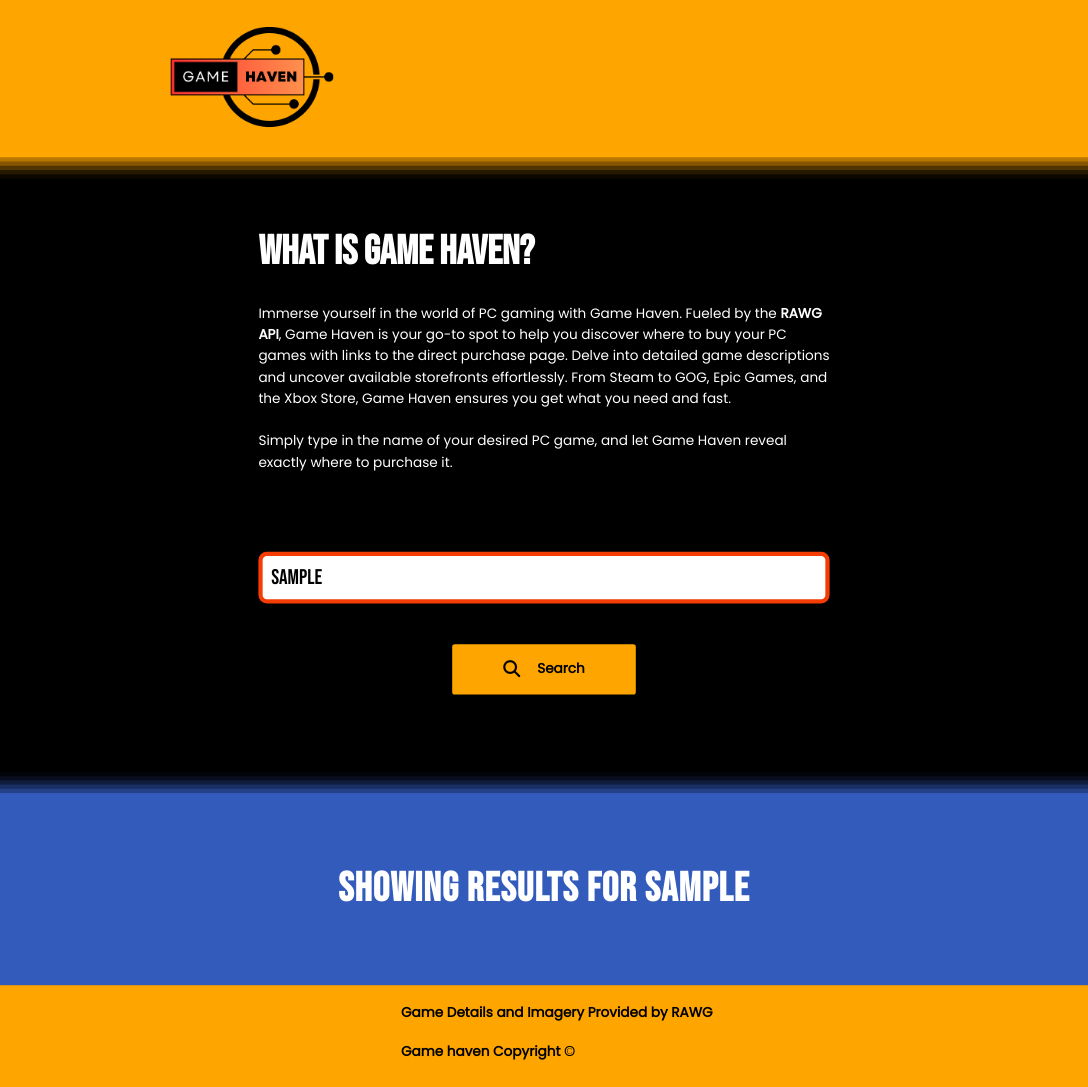
Repository: Steakfries101/Game-Haven
Page: index.html
The author's editor kept a copy of each file at every save. The page is drawn from the files as they stood at one save, then again after the next save.
The browser window is 1280 px wide. The pictures show the whole page, at 85% of full size.
Empty fields were first filled with sample values (such as "Sample", 5 or name@example.com).
After loading, the first visible `#search-submit` was clicked once.
The page's requests for data from a server got no answer. Some web libraries are served in a nearby version.

Above is the page before, as saved 2024-03-01 16:33:10.
Console error: TypeError: Cannot read properties of undefined (reading 'forEach')

### index.html
<!DOCTYPE html>
<html lang="en">

<head>
    <link rel="preconnect" href="https://fonts.googleapis.com">
    <link rel="preconnect" href="https://fonts.gstatic.com" crossorigin>
    <link href="https://fonts.googleapis.com/css2?family=Bebas+Neue&display=swap" rel="stylesheet">
    <link rel="preconnect" href="https://fonts.googleapis.com">
    <link rel="preconnect" href="https://fonts.gstatic.com" crossorigin>
    <link href="https://fonts.googleapis.com/css2?family=Poppins&display=swap" rel="stylesheet">
    <script src="https://kit.fontawesome.com/a00487040a.js" crossorigin="anonymous"></script>
    <meta charset="UTF-8">
    <meta name="viewport" content="width=device-width, initial-scale=1.0">
    <link rel="stylesheet" href="styles.css">

    <title>Game Haven</title>
    <link id="favicon" rel="icon" href="assets/Asset-2.ico" type="image/png" sizes="32*32">
</head>

<body>
    <div class="wrapper">
        <div id="top-bar">
            <img src="/assets/game-haven-logo.png" id="logo" alt="Gamehaven Logo">
        </div>
        <div class=site-body>
            <div class=intro>
                <h1>What is Game Haven?</h1>
                <p>Immerse yourself in the world of PC gaming with Game Haven. Fueled by the <strong>RAWG API</strong>,
                    Game Haven is your go-to spot to help you discover where to buy your PC games with links to the
                    direct purchase page.
                    Delve into detailed game descriptions and uncover available storefronts effortlessly. From Steam to
                    GOG, Epic Games, and the Xbox Store, Game Haven ensures you get what you need and fast. <br>
                    <br>Simply type in the name of your desired PC game, and let Game Haven reveal
                    exactly where to purchase it.
                </p>
            </div>
            <h2>Search</h2>
            <form class="search-container" id="noRefreshForm">
                <div class="form-container">
                    <div class="input-container">
                        <input type="search" class="search-bar" id="search-bar"
                            placeholder="Search for a game by title...">
                        <label for="search-bar">Example Label:</label>
                    </div>
                    <div class="button-container">
                        <button type="submit" class="search-button" id="search-submit">
                            <i class="fa-solid fa-magnifying-glass fa-lg" id="search-icon"></i>Search
                        </button>
                    </div>
                </div>
            </form>
        </div>
        <p class="to-top">HELLO</p>

        <ul class="game-list">

        </ul>
    </div>
    <footer id="footer">
        <div id="copyright">
            <h3>Game Details and Imagery Provided by RAWG</h3>
            <h3>Game haven Copyright ©</h3>
        </div>
    </footer>
</body>
<script type="module" src="script.js"></script>

</html>

### script.js
import * as iconGenerator from "/components/storeIconGenerator.js";
import { textDecider } from "/components/gameTextButtonCreator.js";

//YOUTUBE API
const youtubeKey = "AIzaSyCsEU3Fe6wNACeFTvZQgKA46QnreQL12NI";

//RAWG API
const baseUrl = "https://api.rawg.io/api/games";
const apiKey = "?key=eb297cab936749b380d022a9e1f0c9f1";

let searchButt = document.querySelector(".search-button");
searchButt.addEventListener("click", search);
let gameList = document.querySelector(".game-list");

//Stops the form from submitting (refreshing ) each time a search is made
document.getElementById("noRefreshForm").addEventListener("submit", (e) => {
  e.preventDefault();
});

async function fetchYoutubeTrailer(gameName) {
  try {
    const response = await fetch(
      `https://www.googleapis.com/youtube/v3/search?part=snippet&order=relevance&maxResults=1&q=${gameName} trailer&key=AIzaSyCsEU3Fe6wNACeFTvZQgKA46QnreQL12NI`
    );
    if (!response.ok) {
      throw new Error("Failed to fetch youtube data");
    }
    const youtubeData = await response.json();
    const videos = youtubeData.items;
    // console.log(youtubeData);
    return videos;
  } catch (error) {
    console.error("Error fetching youtube data");
  }
}
async function fetchYoutubePlaylist(gameName) {
  try {
    const response = await fetch(
      // https://www.googleapis.com/youtube/v3/search?q=your_search_query&part=snippet&maxResults=10&type=playlist&key=YOUR_API_KEY

      `https://www.googleapis.com/youtube/v3/search?part=snippet&maxResults=1&q=${gameName} OST &type=playlist&key=AIzaSyCsEU3Fe6wNACeFTvZQgKA46QnreQL12NI`
    );
    if (!response.ok) {
      throw new Error("Failed to fetch youtube playlist data");
    }
    const youtubeData = await response.json();
    const videos = youtubeData.items;
    // console.log(youtubeData);
    return videos;
  } catch (error) {
    console.error("Error fetching youtube playlist data");
  }
}

//Get the game data
async function fetchGameData(gameName) {
  try {
    const response = await fetch(`${baseUrl}${apiKey}&search=${gameName}&search_exact=true&ordering=name?parent_platforms=1`);
    if (!response.ok) {
      throw new Error("Failed to fetch game data");
    }

    const data = await response.json();
    const games = data.results;
    return games;
  } catch (error) {
    console.error("Error fetching game data", error);
  }
}
//Get the game descriptions
async function getGameDescription(gameId) {
  try {
    const response = await fetch(`${baseUrl}/${gameId}${apiKey}`);
    if (!response.ok) {
      throw new Error("Failed to fetch game desc data");
    }
    const data = await response.json();
    return data.description;
  } catch (error) {
    console.error("Error fetching game descriptions ERROR: ", error);
  }
}

//Get stores for each game based on game id
async function getGameStores(gameId) {
  try {
    const response = await fetch(`${baseUrl}/${gameId}/stores${apiKey}`);

    if (!response.ok) {
      throw new Error("Failed to fetch game stores data");
    }
    const data = await response.json();
    return data.results;
  } catch (error) {
    console.error("Error fetching game stores data ERROR: ", error);
  }
}

//Beginning of loop that loops through returned data games and builds javascript
async function loopData(gameName) {
  const gameData = await fetchGameData(gameName);
  const gameList = document.querySelector(".game-list");
  const error = document.createElement("h2");

  error.className = "search-display";
  error.textContent = searchDisplay(gameData);
  gameList.appendChild(error);
  //Check if data returned from search query

  //If data is there this checks each games storefronts to confirm it has one of the following as a store (5,1,2,11)
  gameData.forEach(async (game) => {
    // console.log(game);

    if (game.stores !== null) {
      const includesStore = game.stores.some(
        (store) => store.store.id === 5 || store.store.id === 1 || store.store.id === 2 || store.store.id === 11
      );
      if (!includesStore) {
        return;
      }
      console.log(game.name);
      const text = await getGameDescription(game.id);

      const gameItem = document.createElement("li");
      gameItem.className = "game-item";
      gameList.appendChild(gameItem);

      const gameInfo = document.createElement("article");
      gameInfo.className = "game-data";
      gameItem.appendChild(gameInfo);

      const gameCover = document.createElement("img");
      gameCover.src = game.background_image;
      gameCover.alt = `Game image of ${game.name}`;
      gameCover.className = "game-cover";
      gameInfo.appendChild(gameCover);

      const gameDesc = document.createElement("div");
      gameDesc.className = "game-desc";
      gameInfo.appendChild(gameDesc);

      const storeFronts = document.createElement("div");
      storeFronts.className = "store-fronts";

      const gameTitle = document.createElement("h2");
      gameTitle.textContent = game.name;
      gameDesc.appendChild(gameTitle);

      const clickables = document.createElement("div");
      clickables.className = "clickables-container";

      gameDesc.appendChild(clickables);
      const linkContainer = document.createElement("div");
      linkContainer.className = "link-container";
      gameDesc.appendChild(linkContainer);

      const trailerLink = document.createElement("p");
      trailerLink.className = "trailer-ost-links";
      trailerLink.textContent = "Trailer";
      trailerLink.addEventListener("click", () => {
        getTrailer();
      });
      linkContainer.appendChild(trailerLink);

      const soundtrackLink = document.createElement("p");
      soundtrackLink.textContent = "Soundtrack";
      soundtrackLink.className = "trailer-ost-links";
      linkContainer.appendChild(soundtrackLink);
      soundtrackLink.addEventListener("click", () => {
        getPlaylist();
      });

      clickables.appendChild(linkContainer);

      textDecider(text, gameDesc, storeFronts, clickables);

      async function getTrailer() {
        let gameRename = "";
        if (!game.name.includes("1")) {
          gameRename = game.name + " 1";
        } else {
          gameRename = game.name;
        }
        const trailerData = await fetchYoutubeTrailer(gameRename);

        const videoId = trailerData[0].id.videoId;
        window.open(`https://www.youtube.com/watch?v=${videoId}`);
      }

      async function getPlaylist() {
        // const playlistData = await fetchYoutubePlaylist(game.name);
        // // console.log(game.name);
        // const playList = playlistData[0].id.playlistId;

        // if (!playList) {
        //   alert("No soundtrack found");
        // } else {
        //   window.open(`//www.youtube.com/playlist?list=${playlistData[0].id.playlistId}`);
        console.log(
          `https://www.googleapis.com/youtube/v3/search?part=snippet&maxResults=1&q=${game.name} OST &type=playlist&key=AIzaSyCsEU3Fe6wNACeFTvZQgKA46QnreQL12NI`
        );
      }
      adjustPadding(gameList);
      //-----------------STOREFRONT LOGO CODE-----------------//

      const stores = await getGameStores(game.id);
      stores.forEach((store) => {
        switch (store.store_id) {
          case 1:
            iconGenerator.createSteam(store, storeFronts);
            break;
          case 5:
            iconGenerator.createGOG(store, storeFronts);
            break;
          case 11:
            iconGenerator.createEpicGames(store, storeFronts);
            break;
          case 2:
            iconGenerator.createXboxStore(store, storeFronts);
            break;
        }
      });
    }
  });
}

function getSearchValue() {
  const value = document.querySelector(".search-bar").value;
  return value;
}

function search() {
  gameList.innerHTML = "";
  if (!getSearchValue()) {
    alert("Please Enter A Game Name!");
    return;
  } else {
    loopData(getSearchValue());

  }
}

function searchDisplay(data) {
  if (data == "") {
    return `No game by the name of ${getSearchValue()}`;
  } else {
    return `Showing results for ${getSearchValue()}`;
  }
}

//**********************************************************THIS PUTS STOREFRONT ICONS INBETWEEN TITLE AND TEXT */

function adjustPadding(gameList) {
  if (gameList.children.length > 0) {
    gameList.style.paddingBottom = "200px";
  } else {
    gameList.style.padding = "0";
  }
}

//Create back to top button
function backToTopCreate(gameList) {
  const toTopElement = document.querySelector(".to-top");
  toTopElement.style.display = "block";

  if (gameList.children.length > 0) {
    toTopElement.style.display = "block";
  } else {
    toTopElement.style.display = "none";
  }
}

Loaded but not shown: components/gameTextButtonCreator.js (59 lines, source omitted); components/storeIconGenerator.js (43 lines, source omitted); styles.css (437 lines, source omitted)

After the next save:
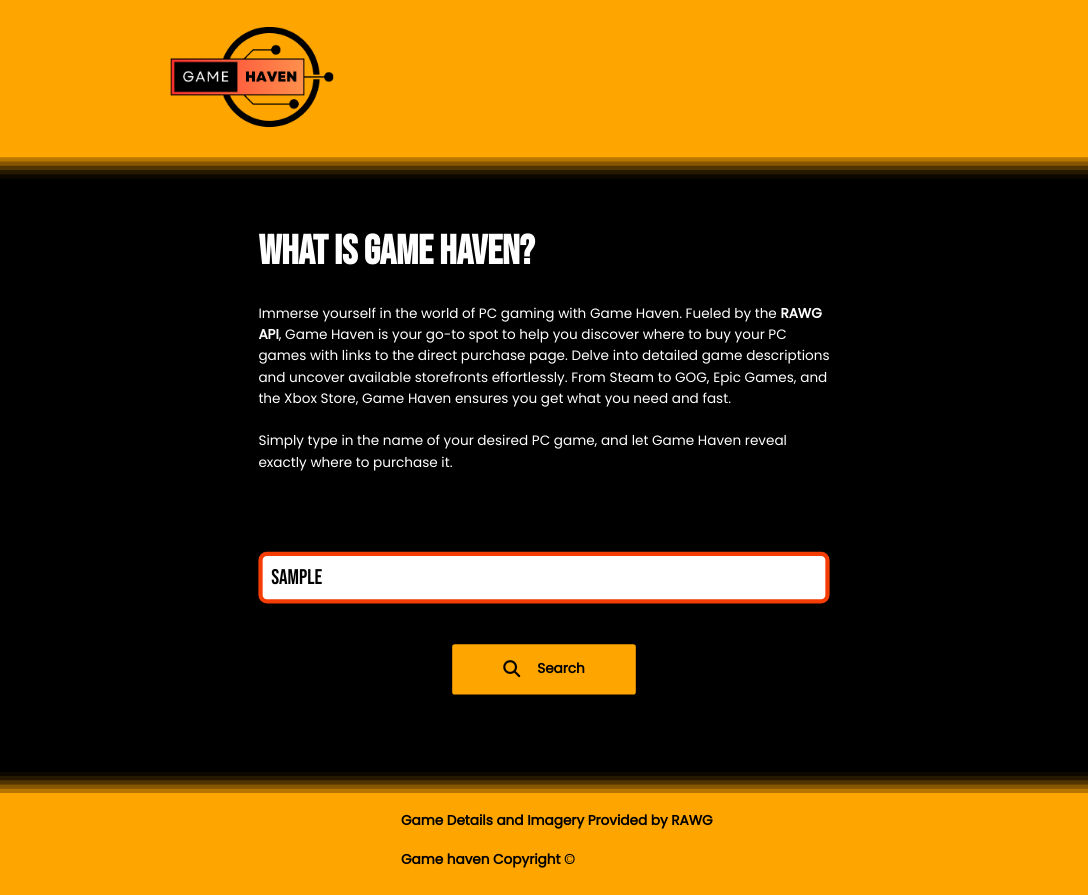
Console error: ReferenceError: Cannot access 'gameList' before initialization
Saved 7 s later.
--- a/script.js
+++ b/script.js
@@ -98,6 +98,7 @@
 
 //Beginning of loop that loops through returned data games and builds javascript
 async function loopData(gameName) {
+  backToTopCreate(gameList);
   const gameData = await fetchGameData(gameName);
   const gameList = document.querySelector(".game-list");
   const error = document.createElement("h2");

After the 2 saves that followed:
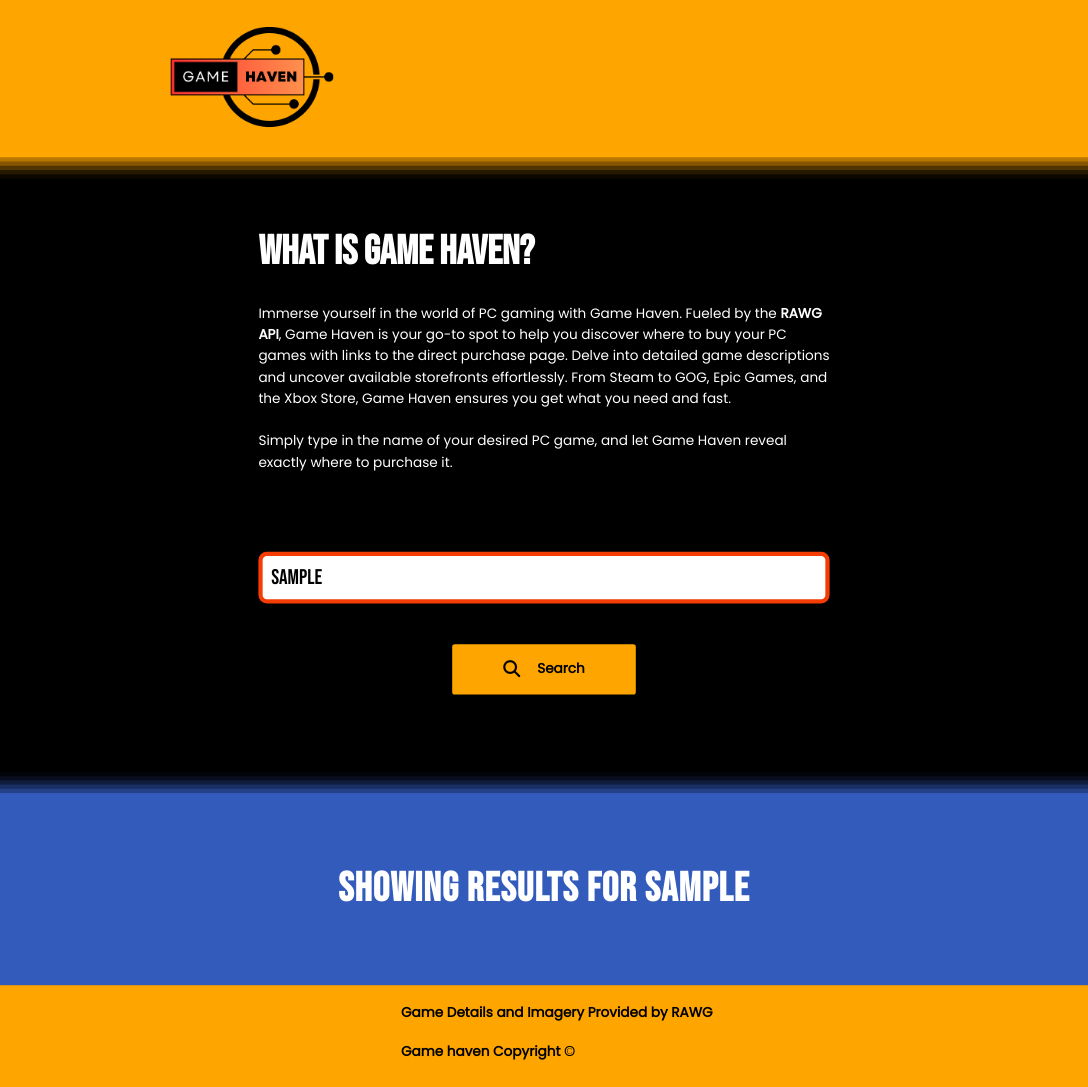
Console error: TypeError: Cannot read properties of undefined (reading 'forEach')
The 2 saves are shown as one change because 1 left the picture as it was.
The last was saved 32 s later.
--- a/script.js
+++ b/script.js
@@ -98,7 +98,6 @@
 
 //Beginning of loop that loops through returned data games and builds javascript
 async function loopData(gameName) {
-  backToTopCreate(gameList);
   const gameData = await fetchGameData(gameName);
   const gameList = document.querySelector(".game-list");
   const error = document.createElement("h2");
@@ -237,7 +236,6 @@
     return;
   } else {
     loopData(getSearchValue());
-
   }
 }
 
